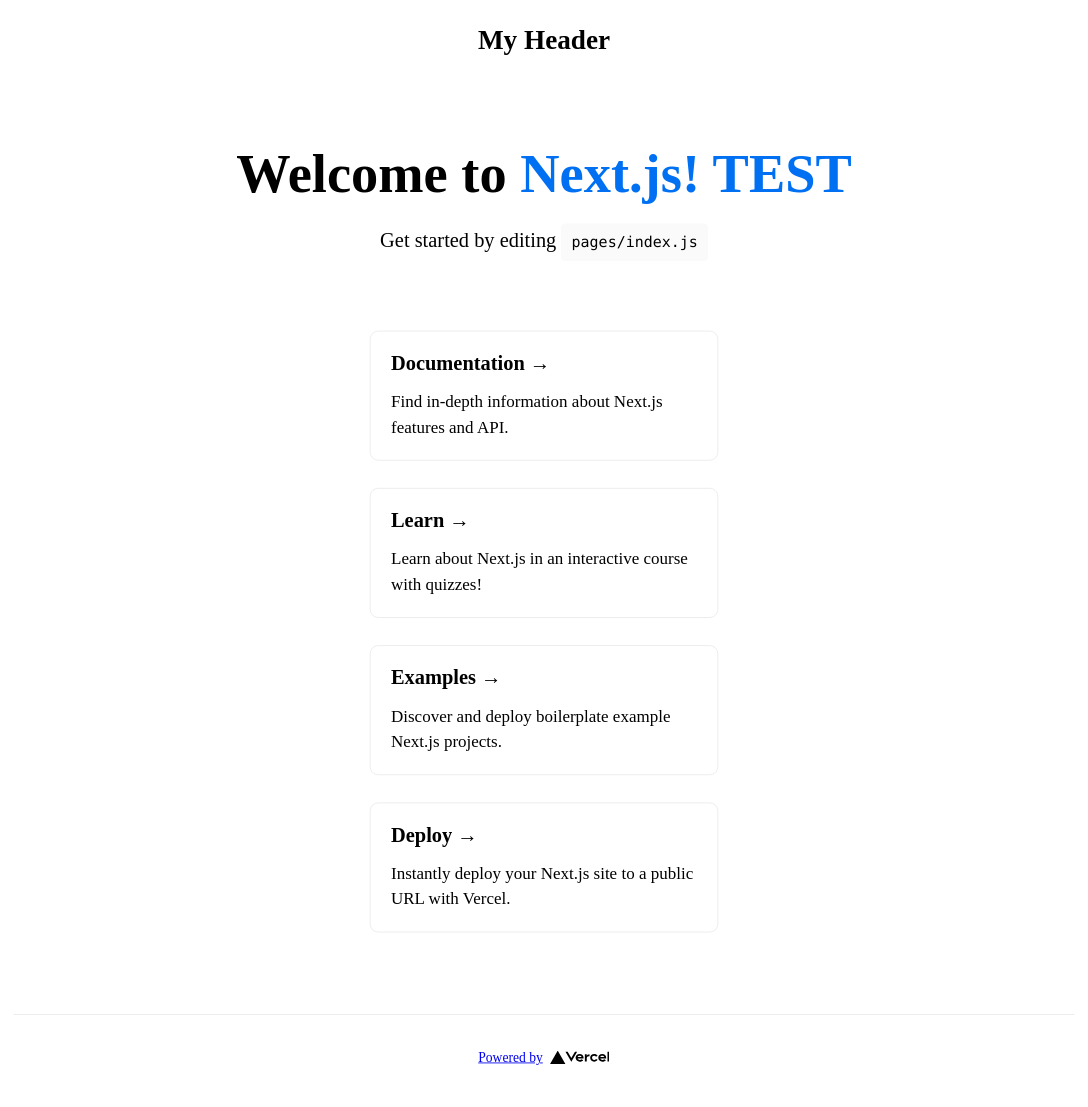
Repository: yafugray/practicemdia3126
Page: /
The author's editor kept a copy of each file at every save. The page is drawn from the files as they stood at one save, then again after the next save.
The browser window is 1280 px wide. The pictures show the whole page, at 85% of full size.
The project was rebuilt for these pictures with package versions that can differ from the ones it lists, and the page was loaded fresh each time. The framework's server and built-in components were replaced by stand-ins that run in the browser. Also part of the build but not shown: pages/app.scss.

Above is the page before, as saved 2020-12-15 11:02:45.

After the next save:
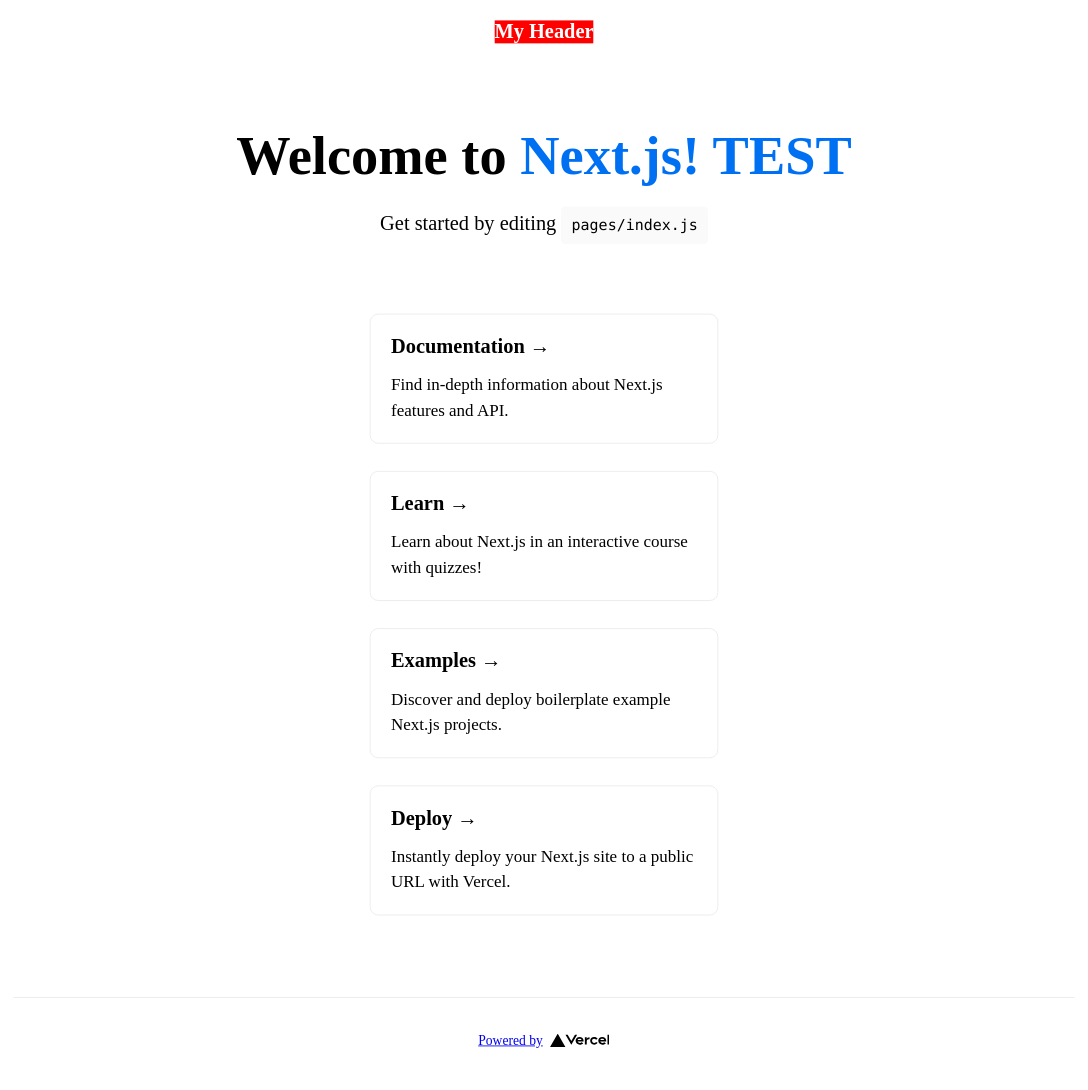
Saved 22 s later.
--- a/comps/Header/index.js
+++ b/comps/Header/index.js
@@ -2,7 +2,7 @@
 import style from './Header.module.css';
 
 const Header = ({}) => {
-    return <h1>My Header</h1>
+    return <h1 className={style.myhead}>My Header</h1>
 }
 
 export default Header;
